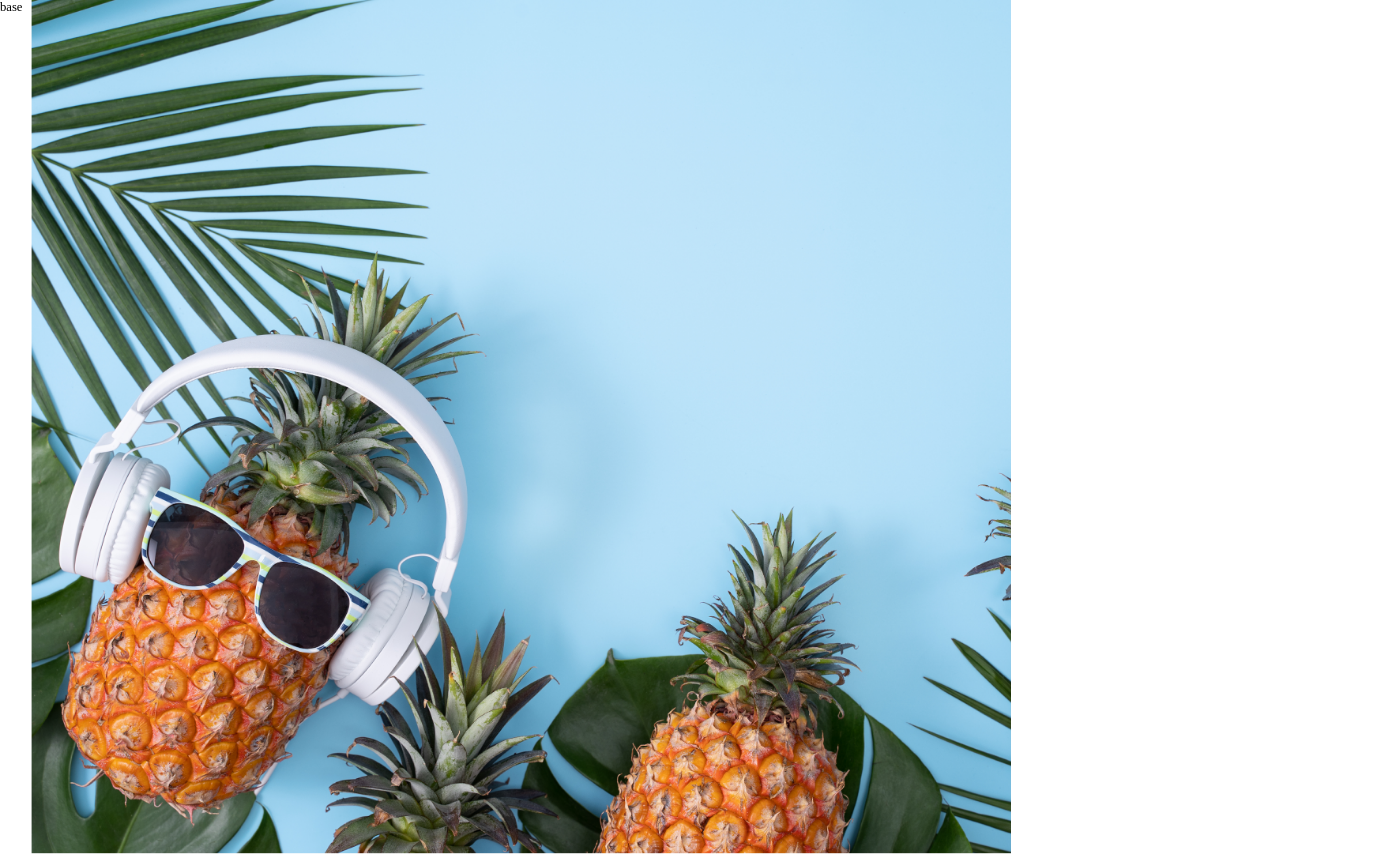
Repository: PaulsBebris/megabit-task
Page: /
An editor plug-in stored every save of this project. The page is shown before and after the next save, followed by the edit.
The browser window is 1280 px wide. The page is 1280 px wide, then 1752 px, so the pictures cover 1752 px, including what lies to the right of the window. The pictures show the whole page, at 79% of full size.
The project was rebuilt for these pictures with package versions that can differ from the ones it lists, and the page was loaded fresh each time.

Above is the page before, as saved 2021-04-18 17:50:43.

### src/App.vue
<template>
  <div id="app">
    <!-- <div id="nav">
      <router-link to="/">Home</router-link> |
      <router-link to="/about">About</router-link>
    </div> -->
    <router-view/>
  </div>
</template>

<style lang="scss">
// normalize
* {
  padding: 0;
  margin: 0;
  box-sizing: border-box;
}

// #app {
//   font-family: Avenir, Helvetica, Arial, sans-serif;
//   -webkit-font-smoothing: antialiased;
//   -moz-osx-font-smoothing: grayscale;
//   text-align: center;
//   color: #2c3e50;
// }

// #nav {
//   padding: 30px;

//   a {
//     font-weight: bold;
//     color: #2c3e50;

//     &.router-link-exact-active {
//       color: #42b983;
//     }
//   }
// }
</style>

### src/router/index.js
import Vue from 'vue'
import VueRouter from 'vue-router'
import Home from '../views/Home.vue'

Vue.use(VueRouter)

const routes = [
  {
    path: '/',
    name: 'Home',
    component: Home
  }
]

const router = new VueRouter({
  routes
})

export default router

// {
// path: '/about',
// name: 'About',
// route level code-splitting
// this generates a separate chunk (about.[hash].js) for this route
// which is lazy-loaded when the route is visited.
// component: () => import(/* webpackChunkName: "about" */ '../views/About.vue')
// }

### src/views/Home.vue
<template>
  <div class="home">
    <div class="base">base</div>
    <div class="base-image">
      <img :src=sommer alt="">
    </div>
  </div>
</template>

<script>
import sommer from '@/assets/img/sommer.png'

export default {
  name: 'Home',
  components: {},
  data () {
    return {
      sommer
    }
  }
}
</script>

<style lang="scss" scoped>
.base {
  max-height: 1080px;
}
.home {
  display: grid;
  grid-template-columns: 3fr 1fr;
  grid-template-rows: 100vh;
  max-height: 1080px;
}
.base-image img {
  max-height: 1080px;
}
// mobile
@media screen and (max-width: 1024px) {
  .base-image {
    display: none;
  }
  .base {
    width: 100vw;
    background-image: url('../assets/img/sommer.png');
    background-repeat: no-repeat;
    background-position: center;
    background-attachment: fixed;
    background-size: cover;
    max-height: 746px;
  }
}
</style>

Loaded but not shown: public/index.html (common file); src/main.js (common file); src/store/index.js (common file)

After the next save:
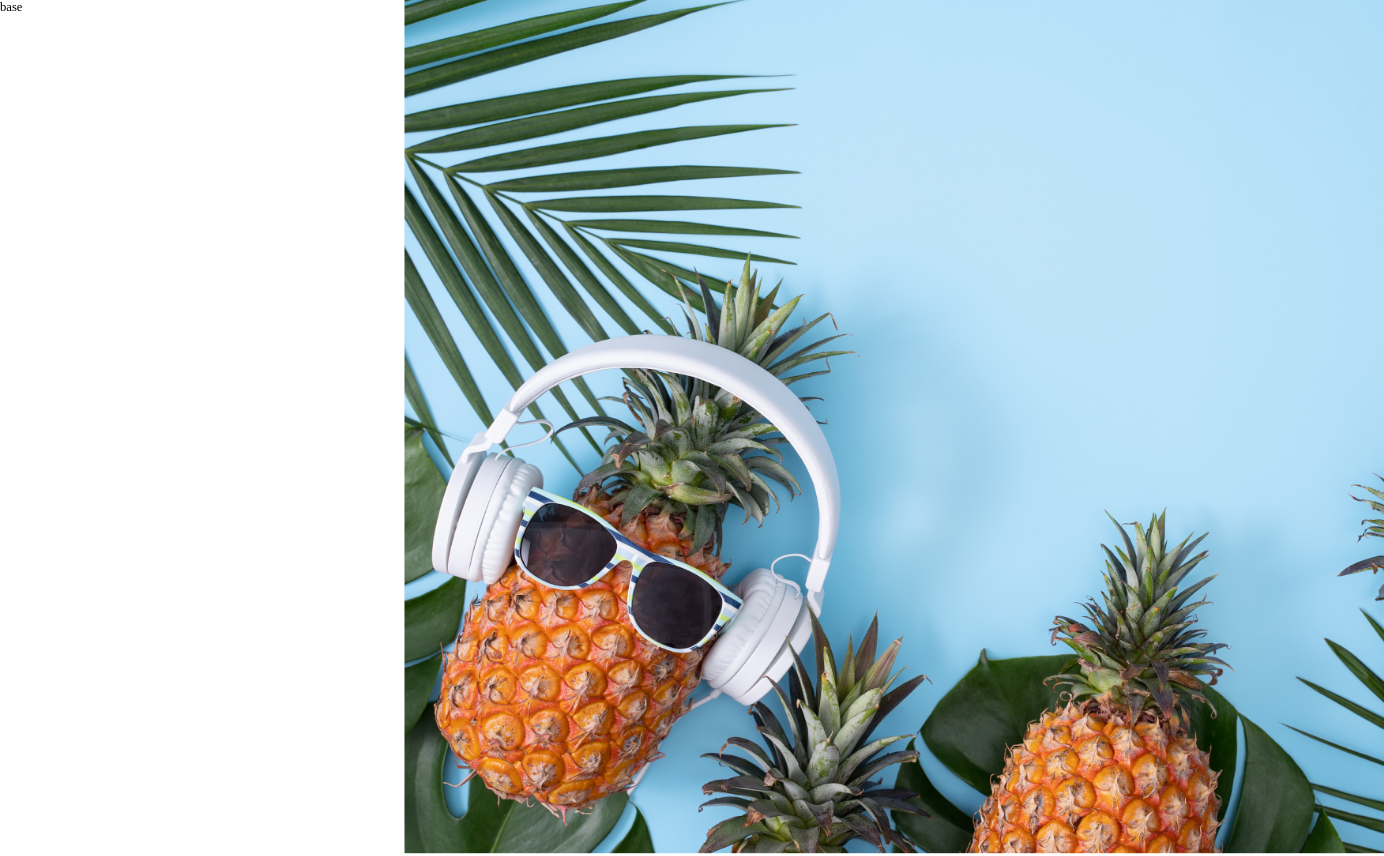
Saved 26 min 52 s later.
--- a/src/views/Home.vue
+++ b/src/views/Home.vue
@@ -23,7 +23,11 @@ export default {
 
 <style lang="scss" scoped>
 .base {
-  max-height: 1080px;
+  width: 40vw;
+  height: 1080px;
+}
+.base-image {
+  width: 60vw;
 }
 .home {
   display: grid;
